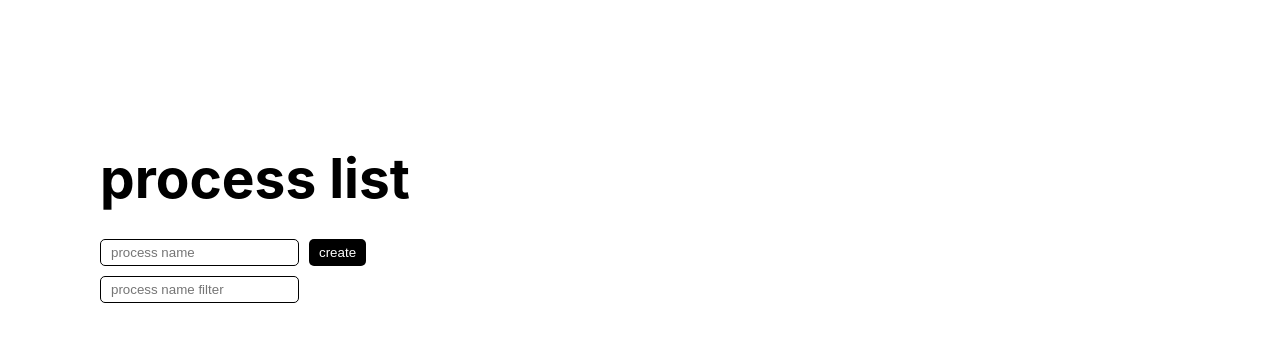
Repository: Khimish009/process-editor
Page: / (app in client/)
The author's editor kept a copy of each file at every save. The page is drawn from the files as they stood at one save, then again after a run of saves.
The browser window is 1280 px wide. The pictures show the whole page.
The page's requests for data from a server got no answer. The project was rebuilt for these pictures with package versions that can differ from the ones it lists, and the page was loaded fresh each time. No one was signed in, and anything a server would have sent is missing. Also part of the build but not shown: client/vite.config.ts, client/src/pages/process/api.ts, client/src/pages/process/model/use-process.ts, client/src/pages/process/ui/root/styles.module.css, client/src/pages/process/ui/root/layout.tsx, client/src/pages/process/ui/root/index.ts, client/src/pages/process/model/use-process-id.ts, client/src/modules/blocks-flow/api.ts and 58 more.

Above is the page before, as saved 2025-02-08 19:48:51.

### client/src/main.tsx
import { StrictMode } from "react";
import { createRoot } from "react-dom/client";
import "./index.css";
import { router } from "./router";
import { RouterProvider } from "react-router-dom";

createRoot(document.getElementById("root")!).render(
  <StrictMode>
    <RouterProvider router={router} />
  </StrictMode>
);

### client/src/index.css
:root {
  font-family: Inter, system-ui, Avenir, Helvetica, Arial, sans-serif;
  line-height: 1.5;
  font-weight: 400;
  font-synthesis: none;
  text-rendering: optimizeLegibility;
}

body {
  margin: 0;
}

### client/src/router/index.ts
export { router } from "./router";

### client/src/router/router.tsx
import { createBrowserRouter } from "react-router-dom"
import { ProcessPage } from "../pages/process"
import { ProcessListPage } from "../pages/process-list"
import { App } from "../app"

export const router = createBrowserRouter([
    {
        path: '/',
        element: <App />,
        children: [
            {
                index: true,
                element: <ProcessListPage />
            },
            {
                path: "process/:id",
                element: <ProcessPage />
            }
        ]
    }
])

### client/src/pages/process/index.ts
export { Page as ProcessPage } from "./page"

### client/src/pages/process-list/index.ts
export { Page as ProcessListPage } from "./page"

### client/src/app/index.ts
export { App } from "./app"

### client/src/pages/process-list/page.tsx
import { useProcessFilters } from "./model/use-process-filters"
import { useProcessList } from "./model/use-process-list"
import { CreateProcessForm } from "./ui/create-process-form"
import { ProcessFilters } from "./ui/filters"
import { ProcessCard } from "./ui/process-card"
import { Root } from "./ui/root"

export const Page = () => {
    const { isLoading, list, create } = useProcessList()
    const { filteredProcesses, searchTerm, setSearchTerm } = useProcessFilters(list)

    return (
        <Root
            createForm={<CreateProcessForm onSubmit={create} />}
            filters={
                <ProcessFilters
                    value={searchTerm}
                    onChangeValue={setSearchTerm}
                />
            }
            isLoading={isLoading}
            cards={filteredProcesses.map(({ name, id, onDelete }) => (
                <ProcessCard
                    key={id}
                    id={id}
                    name={name}
                    onDelete={onDelete}
                />
            ))}
        />
    )
}

### client/src/app/app.tsx
import { Outlet } from "react-router";
import styles from "./app.module.css"

export function App() {
  return <div className={styles.root}><Outlet /></div>
}

### client/src/pages/process-list/model/use-process-filters.ts
import { useDeferredValue, useState } from "react"

export const useProcessFilters = (
    processes: {
        id: string,
        name: string,
        onDelete: () => void
    }[]
) => {
    const [searchTerm, setSearchTerm] = useState('')
    const deferredSearchTerm = useDeferredValue(searchTerm)

    const filteredProcesses = processes.filter(({ name }) =>
        name.toLowerCase().includes(deferredSearchTerm.toLowerCase()))

    return {
        filteredProcesses,
        searchTerm,
        setSearchTerm
    }
}

### client/src/pages/process-list/model/use-process-list.ts
import { processApi } from "../api";
import { useLoad } from "../../../shared/use-load";

export type ProcessListItem = {
    id: string;
    name: string;
}

export const useProcessList = () => {
    const {
        data: processList = [],
        isLoading,
        refetch
    } = useLoad(() => processApi.list())

    const create = async (name: string) => {
        await processApi.create(name)
        refetch()
    }

    const deleteProcess = async (processId: string) => {
        await processApi.deleteProcess(processId)
        refetch()
    }

    const list = processList.map(process => ({
        ...process,
        onDelete: () => deleteProcess(process.id)
    }))

    return {
        isLoading,
        list,
        create,
    }
}

### client/src/pages/process-list/ui/create-process-form/index.ts
export { Layout as CreateProcessForm } from "./layout"

### client/src/pages/process-list/ui/filters/index.ts
export { Layout as ProcessFilters } from "./layout"

### client/src/pages/process-list/ui/process-card/index.ts
export { Layout as ProcessCard } from "./layout"

### client/src/pages/process-list/ui/root/index.ts
export { Layout as Root } from "./layout"

### client/src/app/app.module.css
.root {
    display: flex;
    flex-direction: column;
    height: 100vh;
}

### client/src/shared/use-load.ts
import { useEffect, useState } from "react"

export const useLoad = <T>(fetcher: () => Promise<T>) => {
    const [data, setData] = useState<T>()
    const [isLoading, setIsLoading] = useState(true)

    const fetch = () => fetcher().then(setData)

    useEffect(() => {
        setIsLoading(true)
        fetch().finally(() => setIsLoading(false))
    }, [])


    return {
        data,
        isLoading,
        refetch: fetch
    }
}

### client/src/pages/process-list/api.ts
import { ProcessListItem } from "./model/use-process-list"

async function list() {
    return await fetch('/api/processes').then((res) => {
        return res.json() as Promise<ProcessListItem[]>
    })
}

async function create(name: string) {
    return await fetch('/api/processes', {
        method: "POST",
        headers: {
            "Content-Type": "application/json"
        },
        body: JSON.stringify({name})
    })
}

async function deleteProcess(id: string) {
    return fetch(`/api/processes/${id}`, {
        method: "DELETE"
    })
}

export const processApi = {
    list,
    create,
    deleteProcess
}

### client/src/pages/process-list/ui/create-process-form/layout.tsx
import React from "react"
import styles from "./styles.module.css"

export const Layout = ({ onSubmit }: { onSubmit: (name: string) => void }) => {

    const handleSubmit = (e: React.FormEvent<HTMLFormElement>) => {
        e.preventDefault()
        const formData = new FormData(e.currentTarget)
        const name = formData.get("name") as string
        onSubmit(name)
    }

    return (
        <form className={styles.root} onSubmit={handleSubmit}>
            <input
                className={styles.input}
                name="name"
                type="text"
                placeholder="process name"
                required
            />
            <button className={styles.btn}>create</button>
        </form>
    )
}

### client/src/pages/process-list/ui/filters/layout.tsx
import styles from "./styles.module.css"

export const Layout = ({
    value,
    onChangeValue
}: {
    value: string
    onChangeValue: (name: string) => void
}) => {

    return (
        <div className={styles.root}>
            <input
                className={styles.input}
                name="name"
                value={value}
                onChange={(e) => onChangeValue(e.target.value)}
                type="text"
                placeholder="process name filter"
                aria-label="Filter by process name"
                required
            />
        </div>
    )
}

### client/src/pages/process-list/ui/root/layout.tsx
import React from "react"
import styles from "./styles.module.css"

export const Layout = ({
    createForm,
    filters,
    cards: card,
    isLoading
}: {
    createForm: React.ReactNode,
    filters: React.ReactNode,
    cards: React.ReactNode,
    isLoading: boolean
}) => {
    return (
        <div className={styles.root}>
            <h1 className={styles.title}>process list</h1>
            {createForm}

            {filters}

            <div className={styles.list}>
                {card}
                {isLoading && <div className={styles.loading}>loading...</div>}
            </div>
        </div>
    )
}

### client/src/pages/process-list/ui/create-process-form/styles.module.css
.root {
    display: flex;
    gap: 10px;
}

.btn {
    padding: 5px 10px;
    background-color: #000;
    color: #fff;
    border: none;
    border-radius: 5px;
}

.input {
    padding: 5px 10px;
    border: 1px solid #000;
    border-radius: 5px;
}

### client/src/pages/process-list/ui/filters/styles.module.css
.root {
    display: flex;
    gap: 10px;
}

.input {
    padding: 5px 10px;
    border: 1px solid #000;
    border-radius: 5px;
}

### client/src/pages/process-list/ui/root/styles.module.css
.root {
    display: flex;
    flex-direction: column;
    margin: 100px;
    gap: 10px;
}

.title {
    margin-bottom: 10px;
    font-size: 55px;
    font-weight: bold;
}

.list {
    display: flex;
    flex-wrap: wrap;
    gap: 10px;
    position: relative;
}

.loading {
    display: flex;
    justify-content: center;
    align-items: center;
    font-size: 20px;
    font-weight: bold;
    position: absolute;
    inset: 0;
    background-color: rgb(255, 255, 255, 0.5);
}

Loaded but not shown: client/index.html (common file)

After the next 3 saves:
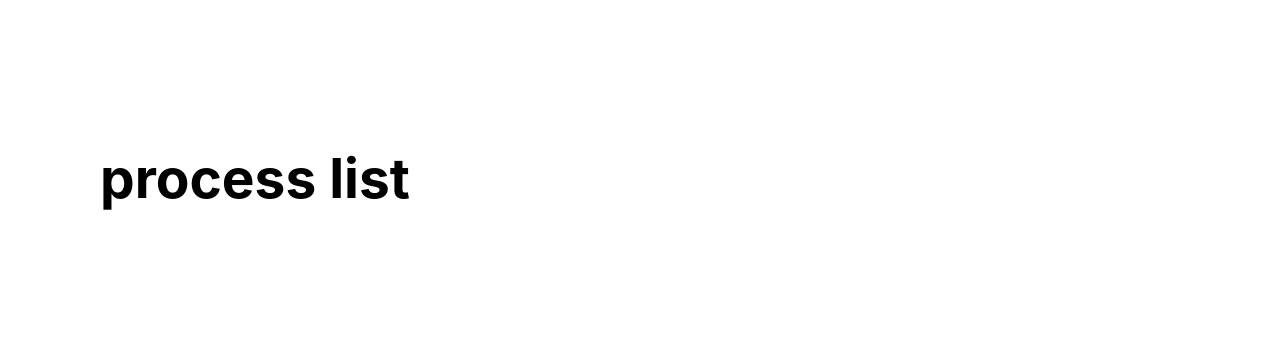
The 3 saves are shown as one change because 2 did not build or start.
The last was saved 16 h 56 min later.
--- a/client/src/pages/process-list/ui/root/layout.tsx
+++ b/client/src/pages/process-list/ui/root/layout.tsx
@@ -2,25 +2,20 @@ import React from "react"
 import styles from "./styles.module.css"
 
 export const Layout = ({
-    createForm,
-    filters,
-    cards: card,
+    actionsPanel,
+    list,
     isLoading
 }: {
-    createForm: React.ReactNode,
-    filters: React.ReactNode,
-    cards: React.ReactNode,
+    actionsPanel: React.ReactNode,
+    list: React.ReactNode,
     isLoading: boolean
 }) => {
     return (
         <div className={styles.root}>
             <h1 className={styles.title}>process list</h1>
-            {createForm}
-
-            {filters}
-
+            {actionsPanel}
             <div className={styles.list}>
-                {card}
+                {list}
                 {isLoading && <div className={styles.loading}>loading...</div>}
             </div>
         </div>

After the save that followed:
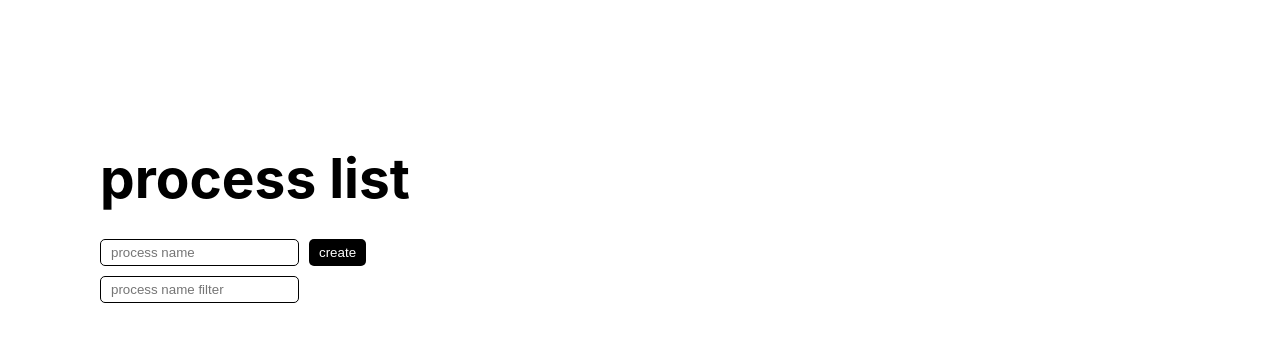
Saved 34 s later.
--- a/client/src/pages/process-list/page.tsx
+++ b/client/src/pages/process-list/page.tsx
@@ -11,15 +11,17 @@ export const Page = () => {
 
     return (
         <Root
-            createForm={<CreateProcessForm onSubmit={create} />}
-            filters={
-                <ProcessFilters
+            actionsPanel={
+                <>
+                    <CreateProcessForm onSubmit={create} />
+                    <ProcessFilters
                     value={searchTerm}
                     onChangeValue={setSearchTerm}
                 />
+                </>
             }
             isLoading={isLoading}
-            cards={filteredProcesses.map(({ name, id, onDelete }) => (
+            list={filteredProcesses.map(({ name, id, onDelete }) => (
                 <ProcessCard
                     key={id}
                     id={id}
